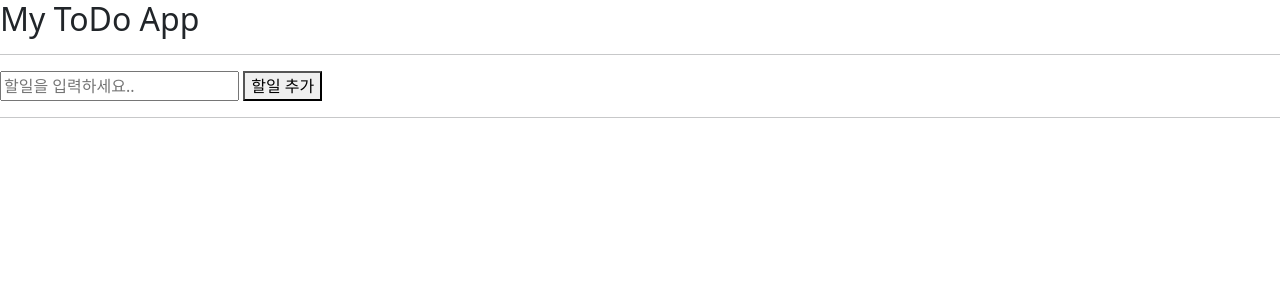
Repository: Hiron-Musk/JSP_ex
Page: jwbook/src/main/webapp/ch03/todoapp.html
These files come from the project's save history. The page is drawn as it stood at one moment and after the next save; the edit follows.
The browser window is 1280 px wide. The pictures show the whole page.

Above is the page before, as saved 2024-03-08 05:53:22.

After the next save:
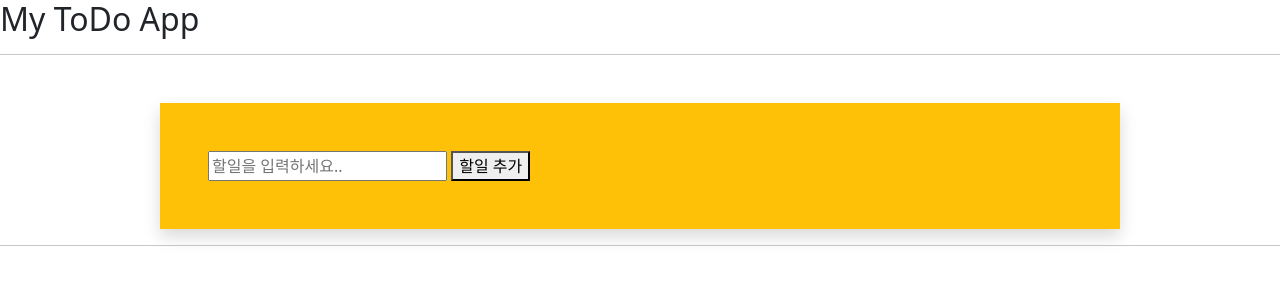
Saved 69 s later.
--- a/jwbook/src/main/webapp/ch03/todoapp.html
+++ b/jwbook/src/main/webapp/ch03/todoapp.html
@@ -9,7 +9,7 @@
 		<div>
 			<h2>My ToDo App</h2>
 			<hr>
-			<div>
+			<div class="container bg-warning shadow mx-auto mt-5 p-5 w-75">
 				<input id="item" type="text" placeholder="할일을 입력하세요..">
 				<button type="button" onclick="addItem()">할일 추가</button>
 			</div>
